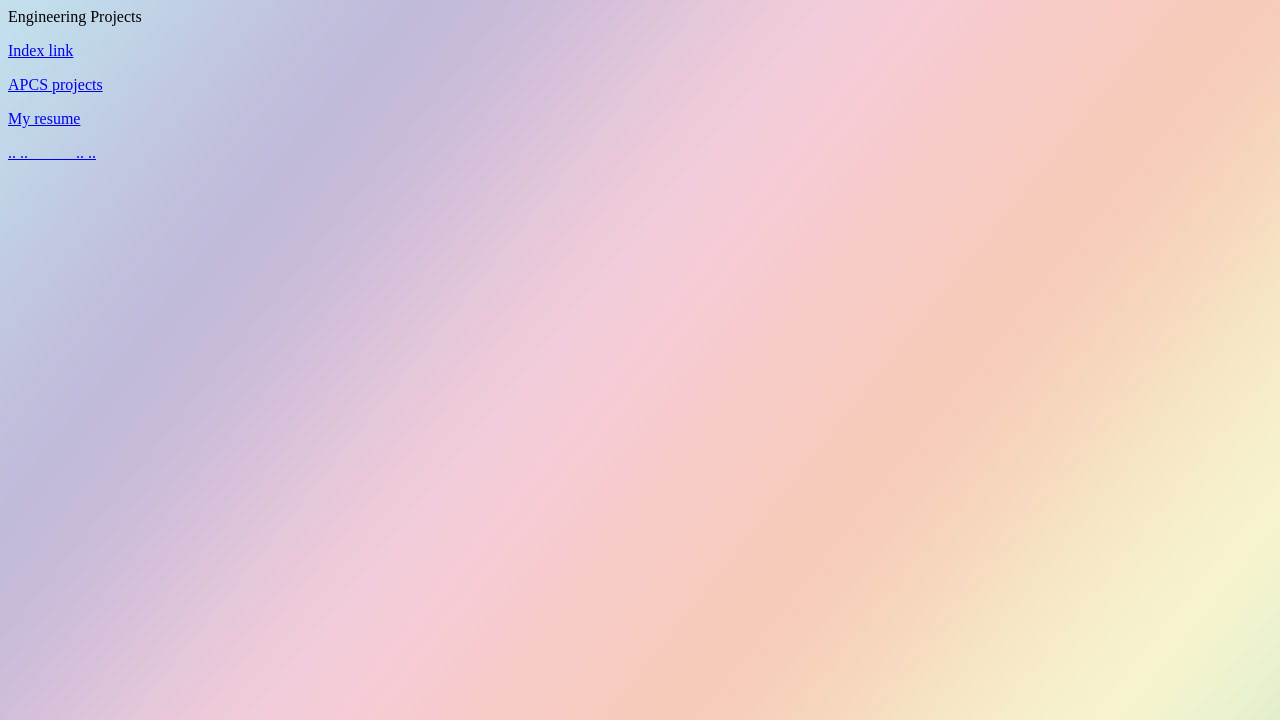
Repository: ella-m/ella-m.github.io
Page: eap.html
The author's editor kept a record of every edit. The page is drawn from the files as they stood at one moment, then again after the next edit.
The browser window is 1280 px wide. The pictures show the whole page.

Above is the page before.

After the next edit:
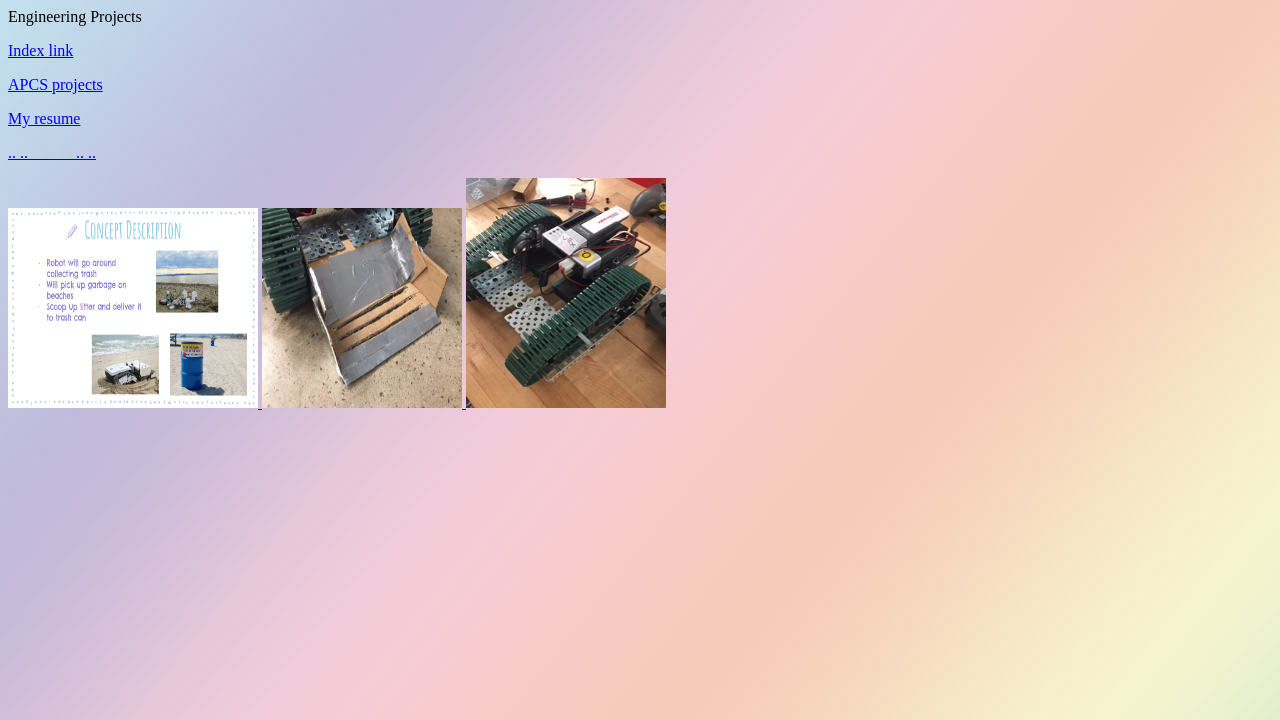
The edit:
--- a/eap.html
+++ b/eap.html
@@ -22,5 +22,11 @@
 
 <p>..    .. _____ ..   ..</p>
 
+<img src="images/snip-ecobot website.PNG" alt="ecobot project" width="250" height="200">
+
+<img src="images/shovel ecobot.JPG" alt="ecobot shovel" width="200" height="200">
+
+<img src="images/IMG_7851.JPG" alt="ecobot" width="200" height="230">
+
 </body>
 </html>
